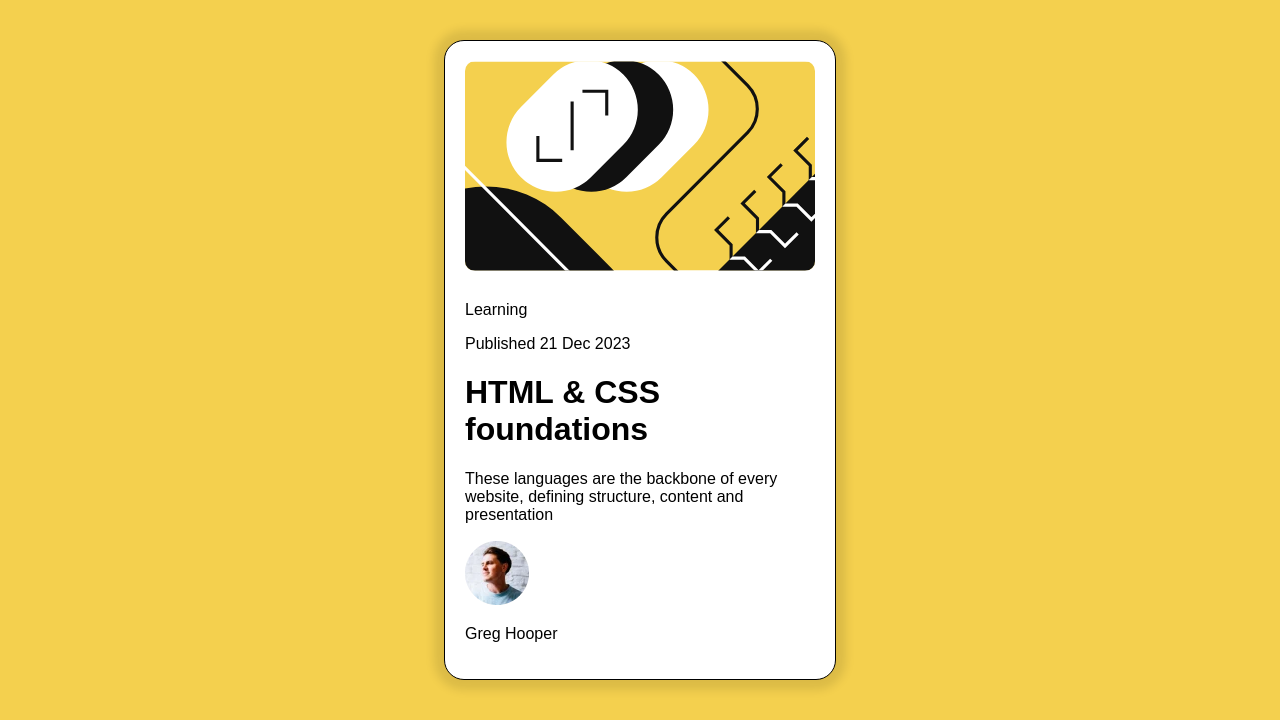
Repository: brandontaylor1/blogpreviewcard
Page: index.html
An editor plug-in stored every save of this project. The page is shown before and after the next save, followed by the edit.
The browser window is 1280 px wide. The pictures show the whole page.

Above is the page before, as saved 2024-12-25 11:01:38.

After the next save:
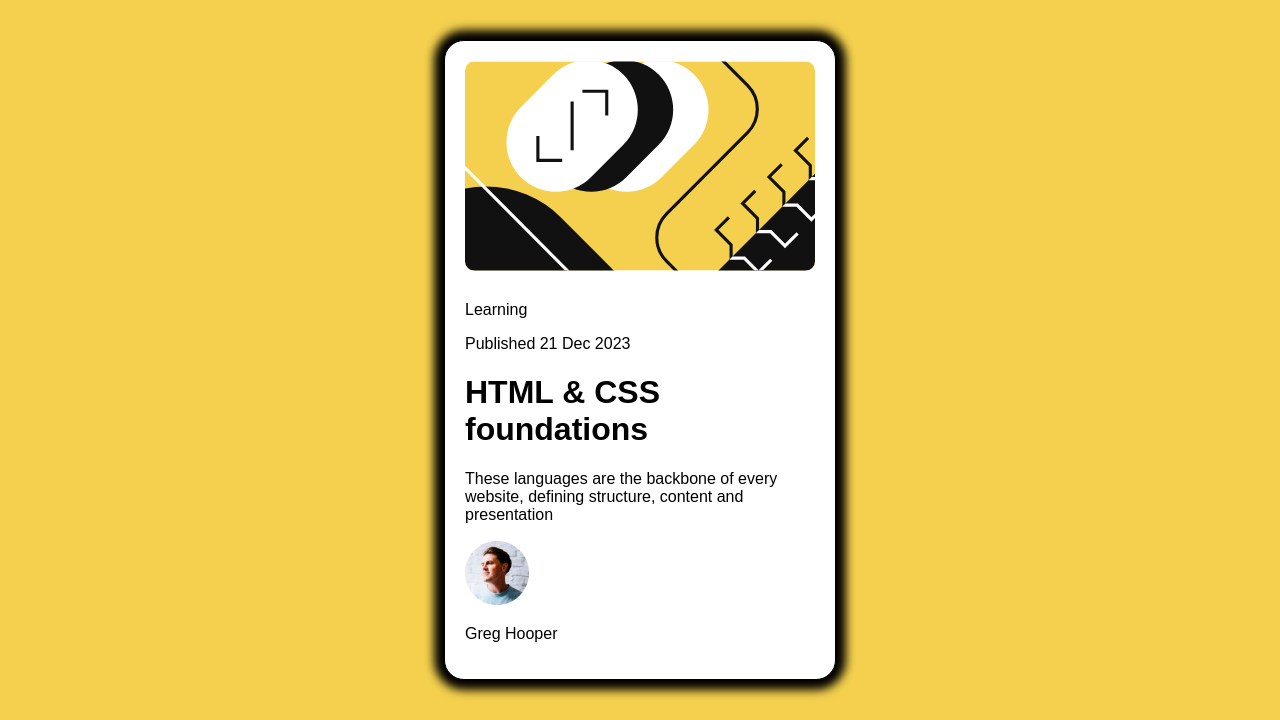
Saved 8 s later.
--- a/index.css
+++ b/index.css
@@ -35,7 +35,7 @@ body {
     padding: 20px;
     border-radius: 20px;
     border: 1px solid black;
-    box-shadow: 0 0 10px 10px rgba(0, 0, 0, 0.1);
+    box-shadow: 0 0 10px 10px rgba(0, 0, 0, 1);
 }
 
 .heading-img {
